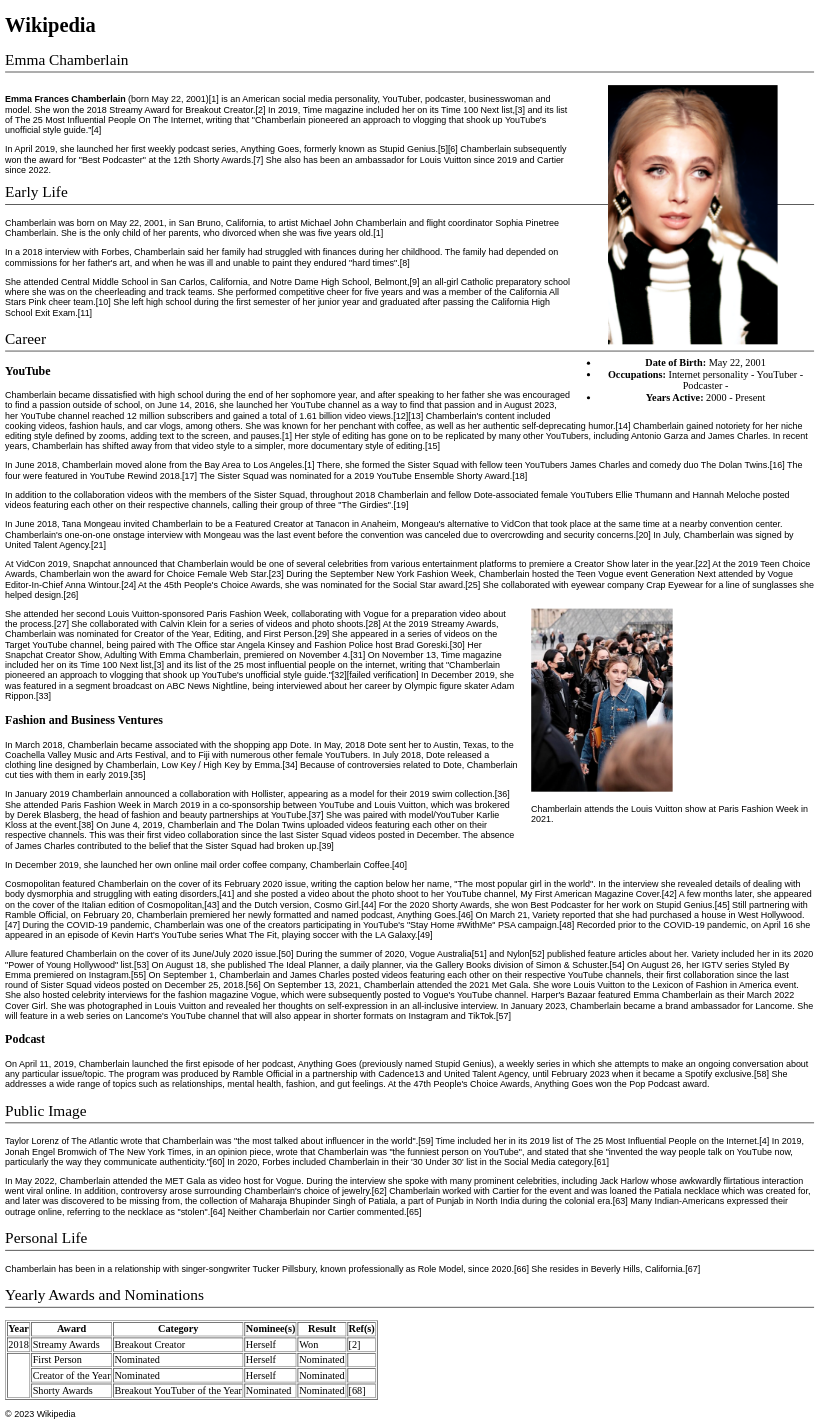
Repository: ethan-schrauf/UniversalDesignWebsite
Page: wikipedia.html
These files come from the project's save history. The page is drawn as it stood at one moment and after the next save; the edit follows.
The browser window is 1280 px wide. The pictures show the whole page, at 64% of full size.

Above is the page before, as saved 2023-09-29 23:19:42.

### wikipedia.html
<!DOCTYPE html>
<html>
<head>
    <title>Emma Chamberlain - Wikipedia</title>
    <style>
        /* Add your CSS for styling here */
        #intro {
            float: left;
            width: 70%;
        }

        #infobox {
            float: right;
            width: 30%;
            text-align: center;
        }

        #infobox img {
            max-width: 100%;
            height: auto;
        }

        /* New section for the fashion week photo */
        #fashion-week-photo {
            float: right;
            width: 35%;
            margin-left: 20px; /* Add some margin to separate it from the text */
        }

        #fashion-week-photo img {
            max-width: 100%;
            height: auto;
        }

        /* Add a line below h2 headings */
        h2 {
            border-bottom: 1px solid #000; /* Change the color and style as needed */
            padding-bottom: 5px; /* Adjust the spacing between the text and the line */
        }

        /* Add the .sr-only class styles */
        .sr-only {
            border: 0;
            clip: rect(0, 0, 0, 0);
            height: 1px;
            margin: -1px;
            overflow: hidden;
            padding: 0;
            position: absolute;
            white-space: nowrap;
            width: 1px;
        }

        /* Apply Arial font to all paragraphs */
        p {
            font-family: Arial, sans-serif;
            font-size: 14px;
        }

/* Unbold all h2 headings */
h2 {
            font-weight: normal;
        }
    </style>
</head>
<body>

<!-- Header -->
<header>
    <h1>Wikipedia</h1>
</header>

<!-- Main content -->
<main>
    <h2>Emma Chamberlain</h2>

    <!-- Intro paragraph -->
    <section id="intro">
        <p><strong>Emma Frances Chamberlain</strong> (born May 22, 2001)[1] is an American social media personality, YouTuber, podcaster, businesswoman and model. She won the 2018 Streamy Award for Breakout Creator.[2] In 2019, Time magazine included her on its Time 100 Next list,[3] and its list of The 25 Most Influential People On The Internet, writing that "Chamberlain pioneered an approach to vlogging that shook up YouTube's unofficial style guide."[4]
        </p>
        <p>In April 2019, she launched her first weekly podcast series, Anything Goes, formerly known as Stupid Genius.[5][6] Chamberlain subsequently won the award for "Best Podcaster" at the 12th Shorty Awards.[7] She also has been an ambassador for Louis Vuitton since 2019 and Cartier since 2022.</p>
    </section>

    <!-- Infobox with photo, date of birth, occupations, and years active -->
    <section id="infobox">
        <img src="images/emma_info_photo.png" alt="Emma Chamberlain in a black striped sweater with black and gold earrings." width="70%">
        <ul>
            <li><b>Date of Birth:</b> May 22, 2001</li>
            <li><b>Occupations:</b> Internet personality - YouTuber - Podcaster -</li>
            <li><b>Years Active:</b> 2000 - Present</li>
        </ul>
    </section>

    <!-- Early life -->

    <h2>Early Life</h2>
    <p>Chamberlain was born on May 22, 2001, in San Bruno, California, to artist Michael John Chamberlain and flight coordinator Sophia Pinetree Chamberlain. She is the only child of her parents, who divorced when she was five years old.[1]</p>
    <p>In a 2018 interview with Forbes, Chamberlain said her family had struggled with finances during her childhood. The family had depended on commissions for her father's art, and when he was ill and unable to paint they endured "hard times".[8]</p>
    <p>She attended Central Middle School in San Carlos, California, and Notre Dame High School, Belmont,[9] an all-girl Catholic preparatory school where she was on the cheerleading and track teams. She performed competitive cheer for five years and was a member of the California All Stars Pink cheer team.[10] She left high school during the first semester of her junior year and graduated after passing the California High School Exit Exam.[11]</p>

    <!-- Career -->
    <h2>Career</h2>

    <!-- YouTube -->
    <h3>YouTube</h3>

    <p>Chamberlain became dissatisfied with high school during the end of her sophomore year, and after speaking to her father she was encouraged to find a passion outside of school, on June 14, 2016, she launched her YouTube channel as a way to find that passion and in August 2023, her YouTube channel reached 12 million subscribers and gained a total of 1.61 billion video views.[12][13] Chamberlain's content included cooking videos, fashion hauls, and car vlogs, among others. She was known for her penchant with coffee, as well as her authentic self-deprecating humor.[14] Chamberlain gained notoriety for her niche editing style defined by zooms, adding text to the screen, and pauses.[1] Her style of editing has gone on to be replicated by many other YouTubers, including Antonio Garza and James Charles. In recent years, Chamberlain has shifted away from that video style to a simpler, more documentary style of editing.[15]</p>
    <p>In June 2018, Chamberlain moved alone from the Bay Area to Los Angeles.[1] There, she formed the Sister Squad with fellow teen YouTubers James Charles and comedy duo The Dolan Twins.[16] The four were featured in YouTube Rewind 2018.[17] The Sister Squad was nominated for a 2019 YouTube Ensemble Shorty Award.[18]</p>
    <p>In addition to the collaboration videos with the members of the Sister Squad, throughout 2018 Chamberlain and fellow Dote-associated female YouTubers Ellie Thumann and Hannah Meloche posted videos featuring each other on their respective channels, calling their group of three "The Girdies".[19]</p>
    <p>In June 2018, Tana Mongeau invited Chamberlain to be a Featured Creator at Tanacon in Anaheim, Mongeau's alternative to VidCon that took place at the same time at a nearby convention center. Chamberlain's one-on-one onstage interview with Mongeau was the last event before the convention was canceled due to overcrowding and security concerns.[20] In July, Chamberlain was signed by United Talent Agency.[21]</p>
    <p>At VidCon 2019, Snapchat announced that Chamberlain would be one of several celebrities from various entertainment platforms to premiere a Creator Show later in the year.[22] At the 2019 Teen Choice Awards, Chamberlain won the award for Choice Female Web Star.[23] During the September New York Fashion Week, Chamberlain hosted the Teen Vogue event Generation Next attended by Vogue Editor-In-Chief Anna Wintour.[24] At the 45th People's Choice Awards, she was nominated for the Social Star award.[25] She collaborated with eyewear company Crap Eyewear for a line of sunglasses she helped design.[26]</p>

    <!-- Add the new section for the photo and description -->
<section id="fashion-week-photo">
    <img src="images/louis-vuitton-show.png" alt="Emma Chamberlain at the Louis Vuitton show at Paris Fashion Week in 2021" width="50%">
    <p>Chamberlain attends the Louis Vuitton show at Paris Fashion Week in 2021.</p>
</section>
    <p>She attended her second Louis Vuitton-sponsored Paris Fashion Week, collaborating with Vogue for a preparation video about the process.[27] She collaborated with Calvin Klein for a series of videos and photo shoots.[28] At the 2019 Streamy Awards, Chamberlain was nominated for Creator of the Year, Editing, and First Person.[29] She appeared in a series of videos on the Target YouTube channel, being paired with The Office star Angela Kinsey and Fashion Police host Brad Goreski.[30] Her Snapchat Creator Show, Adulting With Emma Chamberlain, premiered on November 4.[31] On November 13, Time magazine included her on its Time 100 Next list,[3] and its list of the 25 most influential people on the internet, writing that "Chamberlain pioneered an approach to vlogging that shook up YouTube's unofficial style guide."[32][failed verification] In December 2019, she was featured in a segment broadcast on ABC News Nightline, being interviewed about her career by Olympic figure skater Adam Rippon.[33]</p>

    <!-- Fashion and Business Ventures -->
    <h3>Fashion and Business Ventures</h3>

    <p>In March 2018, Chamberlain became associated with the shopping app Dote. In May, 2018 Dote sent her to Austin, Texas, to the Coachella Valley Music and Arts Festival, and to Fiji with numerous other female YouTubers. In July 2018, Dote released a clothing line designed by Chamberlain, Low Key / High Key by Emma.[34] Because of controversies related to Dote, Chamberlain cut ties with them in early 2019.[35]</p>
    <p>In January 2019 Chamberlain announced a collaboration with Hollister, appearing as a model for their 2019 swim collection.[36] She attended Paris Fashion Week in March 2019 in a co-sponsorship between YouTube and Louis Vuitton, which was brokered by Derek Blasberg, the head of fashion and beauty partnerships at YouTube.[37] She was paired with model/YouTuber Karlie Kloss at the event.[38] On June 4, 2019, Chamberlain and The Dolan Twins uploaded videos featuring each other on their respective channels. This was their first video collaboration since the last Sister Squad videos posted in December. The absence of James Charles contributed to the belief that the Sister Squad had broken up.[39]</p>
    <p>In December 2019, she launched her own online mail order coffee company, Chamberlain Coffee.[40]</p>
    <p>Cosmopolitan featured Chamberlain on the cover of its February 2020 issue, writing the caption below her name, "The most popular girl in the world". In the interview she revealed details of dealing with body dysmorphia and struggling with eating disorders,[41] and she posted a video about the photo shoot to her YouTube channel, My First American Magazine Cover.[42] A few months later, she appeared on the cover of the Italian edition of Cosmopolitan,[43] and the Dutch version, Cosmo Girl.[44] For the 2020 Shorty Awards, she won Best Podcaster for her work on Stupid Genius.[45] Still partnering with Ramble Official, on February 20, Chamberlain premiered her newly formatted and named podcast, Anything Goes.[46] On March 21, Variety reported that she had purchased a house in West Hollywood.[47] During the COVID-19 pandemic, Chamberlain was one of the creators participating in YouTube's "Stay Home #WithMe" PSA campaign.[48] Recorded prior to the COVID-19 pandemic, on April 16 she appeared in an episode of Kevin Hart's YouTube series What The Fit, playing soccer with the LA Galaxy.[49]</p>
    <p>Allure featured Chamberlain on the cover of its June/July 2020 issue.[50] During the summer of 2020, Vogue Australia[51] and Nylon[52] published feature articles about her. Variety included her in its 2020 "Power of Young Hollywood" list.[53] On August 18, she published The Ideal Planner, a daily planner, via the Gallery Books division of Simon & Schuster.[54] On August 26, her IGTV series Styled By Emma premiered on Instagram.[55] On September 1, Chamberlain and James Charles posted videos featuring each other on their respective YouTube channels, their first collaboration since the last round of Sister Squad videos posted on December 25, 2018.[56] On September 13, 2021, Chamberlain attended the 2021 Met Gala. She wore Louis Vuitton to the Lexicon of Fashion in America event. She also hosted celebrity interviews for the fashion magazine Vogue, which were subsequently posted to Vogue's YouTube channel. Harper's Bazaar featured Emma Chamberlain as their March 2022 Cover Girl. She was photographed in Louis Vuitton and revealed her thoughts on self-expression in an all-inclusive interview. In January 2023, Chamberlain became a brand ambassador for Lancome. She will feature in a web series on Lancome's YouTube channel that will also appear in shorter formats on Instagram and TikTok.[57]</p>

     <!-- Podcast -->
     <h3>Podcast</h3>

     <p>On April 11, 2019, Chamberlain launched the first episode of her podcast, Anything Goes (previously named Stupid Genius), a weekly series in which she attempts to make an ongoing conversation about any particular issue/topic. The program was produced by Ramble Official in a partnership with Cadence13 and United Talent Agency, until February 2023 when it became a Spotify exclusive.[58] She addresses a wide range of topics such as relationships, mental health, fashion, and gut feelings. At the 47th People's Choice Awards, Anything Goes won the Pop Podcast award.</p>

     <!-- Public Image -->
     <h2>Public Image</h2>

     <p>Taylor Lorenz of The Atlantic wrote that Chamberlain was "the most talked about influencer in the world".[59] Time included her in its 2019 list of The 25 Most Influential People on the Internet.[4] In 2019, Jonah Engel Bromwich of The New York Times, in an opinion piece, wrote that Chamberlain was "the funniest person on YouTube", and stated that she "invented the way people talk on YouTube now, particularly the way they communicate authenticity."[60] In 2020, Forbes included Chamberlain in their '30 Under 30' list in the Social Media category.[61]</p>
     <p>In May 2022, Chamberlain attended the MET Gala as video host for Vogue. During the interview she spoke with many prominent celebrities, including Jack Harlow whose awkwardly flirtatious interaction went viral online. In addition, controversy arose surrounding Chamberlain's choice of jewelry.[62] Chamberlain worked with Cartier for the event and was loaned the Patiala necklace which was created for, and later was discovered to be missing from, the collection of Maharaja Bhupinder Singh of Patiala, a part of Punjab in North India during the colonial era.[63] Many Indian-Americans expressed their outrage online, referring to the necklace as "stolen".[64] Neither Chamberlain nor Cartier commented.[65]</p>

     <!-- Personal Life -->
     <h2>Personal Life</h2>

     <p>Chamberlain has been in a relationship with singer-songwriter Tucker Pillsbury, known professionally as Role Model, since 2020.[66] She resides in Beverly Hills, California.[67]</p>

     <!-- Honors and Awards -->

     <h2>Yearly Awards and Nominations</h2>

     <!-- Create the table for awards and nominations -->
     <table border="1">
         <tr>
             <th>Year</th>
             <th>Award</th>
             <th>Category</th>
             <th>Nominee(s)</th>
             <th>Result</th>
             <th>Ref(s)</th>
         </tr>
         <tr>
             <td>2018</td>
             <td>Streamy Awards</td>
             <td>Breakout Creator</td>
             <td>Herself</td>
             <td>Won</td>
             <td>[2]</td>
         </tr>
         <tr>
             <td rowspan="3"></td>
             <td>First Person</td>
             <td>Nominated</td>
             <td>Herself</td>
             <td>Nominated</td>
             <td></td>
         </tr>
         <tr>
             <td>Creator of the Year</td>
             <td>Nominated</td>
             <td>Herself</td>
             <td>Nominated</td>
             <td></td>
         </tr>
         <tr>
             <td>Shorty Awards</td>
             <td>Breakout YouTuber of the Year</td>
             <td>Nominated</td>
             <td>Nominated</td>
             <td>[68]</td>
         </tr>
         <!-- Add more rows for other years and awards/nominations -->
     </table>

</main>

<!-- Footer -->
<footer>
    <p>&copy; 2023 Wikipedia</p>
</footer>

</body>
</html>

After the next save:
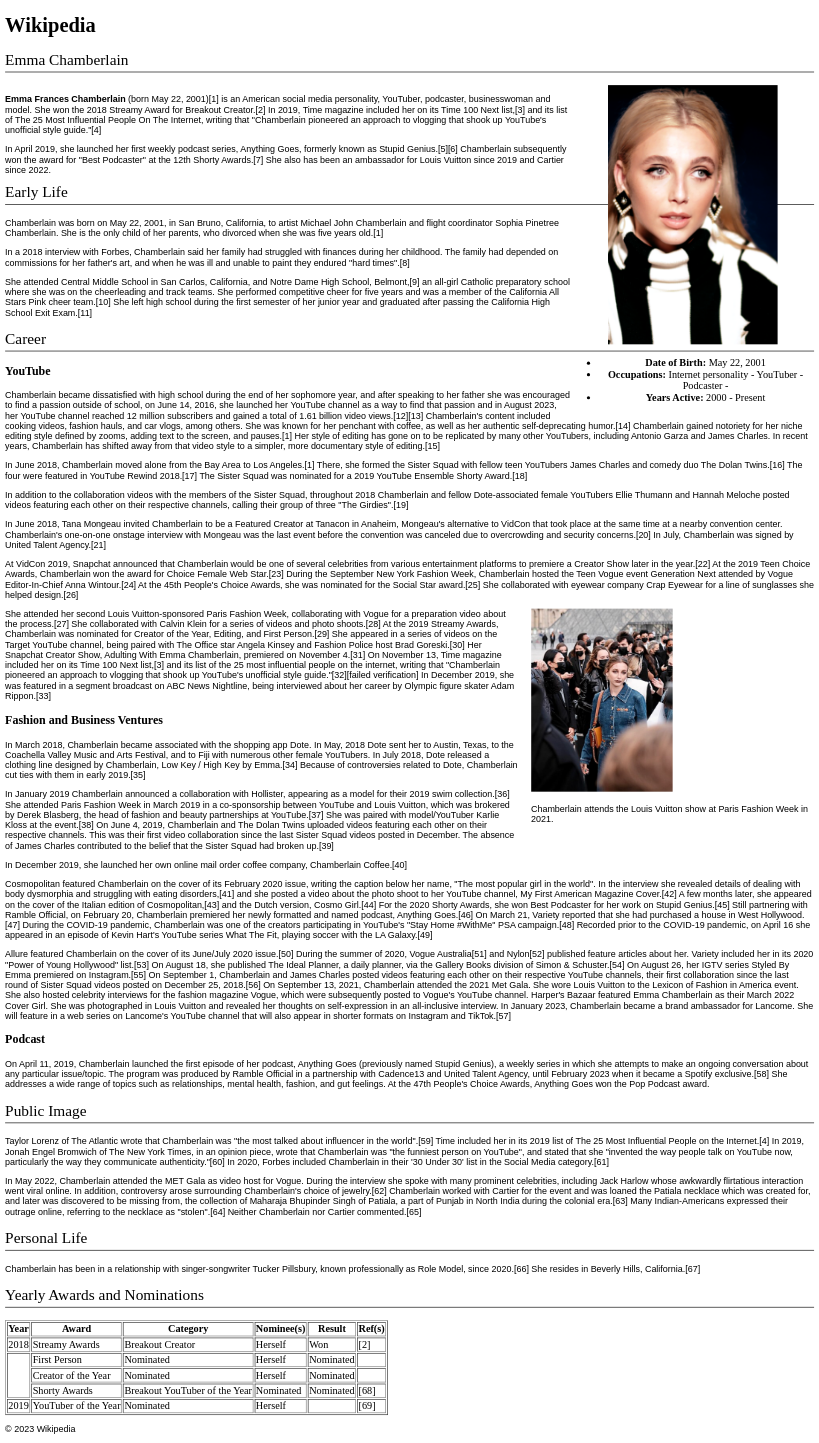
Saved 52 s later.
--- a/wikipedia.html
+++ b/wikipedia.html
@@ -187,6 +187,15 @@ h2 {
              <td>[68]</td>
          </tr>
          <!-- Add more rows for other years and awards/nominations -->
+
+         <tr>
+            <td>2019</td>
+            <td>YouTuber of the Year</td>
+            <td>Nominated</td>
+            <td>Herself</td>
+            <td></td>
+            <td>[69]</td>
+        </tr>
      </table>
 
 </main>
